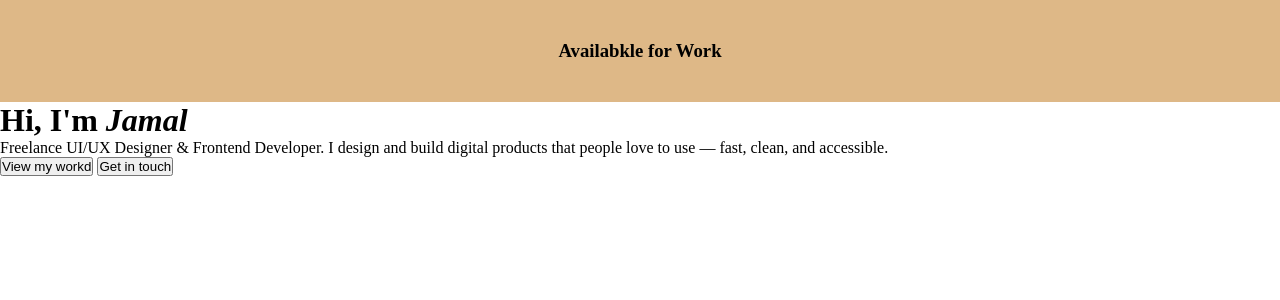
Repository: jamalissef-glitch/exercise1-JS
Page: Exercise33/index.html
The author's editor kept a copy of each file at every save. The page is drawn from the files as they stood at one save, then again after the next save.
The browser window is 1280 px wide. The pictures show the whole page.

Above is the page before, as saved 2026-07-14 17:38:33.

### Exercise33/index.html
<!DOCTYPE html>
<html lang="en">

<head>
 <meta charset="UTF-8">
 <meta name="viewport" content="width=device-width, initial-scale=1.0">
 <title>DOM</title>
</head>

<style>
 * {
  padding: 0;
  margin: 0;
  box-sizing: border-box;
 }

 h3 {
  background-color: burlywood;
  padding: 2.5rem;
  text-align: center;
 }
</style>

<body>

 <h3>Availabkle for Work</h3>
 <h1 id="head">Hi, I'm <em>Jamal</em></h1>
 <p class="desc">Freelance UI/UX Designer & Frontend Developer. I design and build digital products that people love to
  use — fast,
  clean, and accessible.</p>

 <button>View my workd</button>
 <button>Get in touch</button>


</body>

</html>

After the next save:
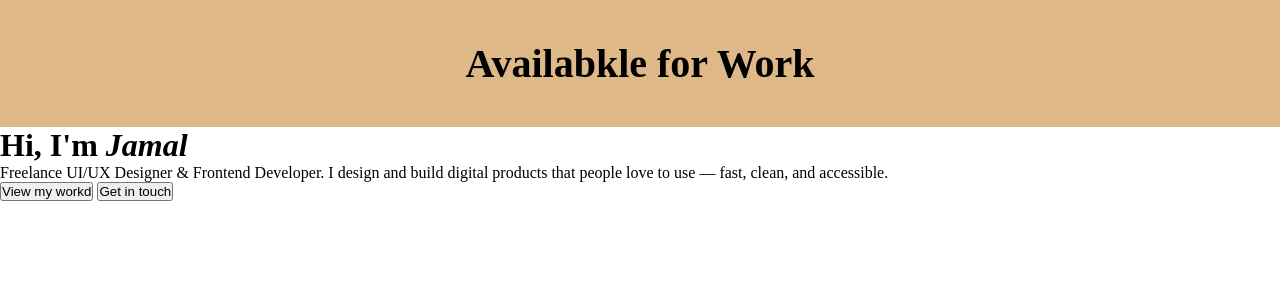
Saved 8 s later.
--- a/Exercise33/index.html
+++ b/Exercise33/index.html
@@ -18,6 +18,7 @@
   background-color: burlywood;
   padding: 2.5rem;
   text-align: center;
+  font-size: 2.5rem;
  }
 </style>
 
